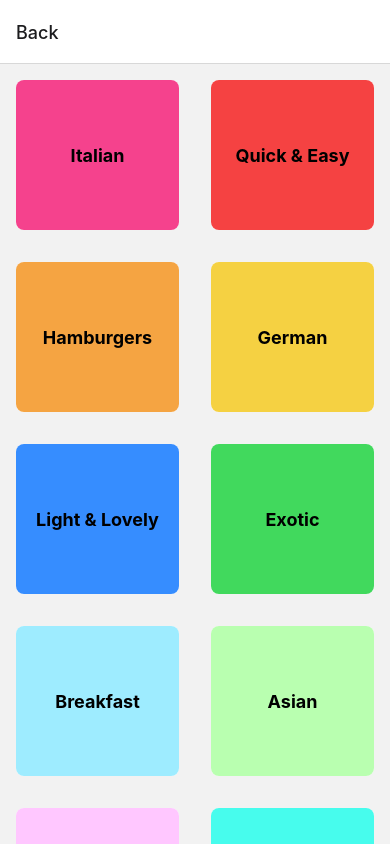
Repository: SyLe-Van/Food-Category-App
Screen: /
The author's editor kept a copy of each file at every save. The screen is drawn from the files as they stood at one save, then again after the next save.
An inner scrolling area shows only its first screen. The app was drawn by React Native's web renderer in a window 390 px wide. The project was rebuilt for these pictures with package versions that can differ from the ones it lists, and the page was loaded fresh each time. Also part of the build but not shown: screens/MealsOverViewScreen.js.

Above is the screen before, as saved 2024-02-18 23:00:04.

After the next save:
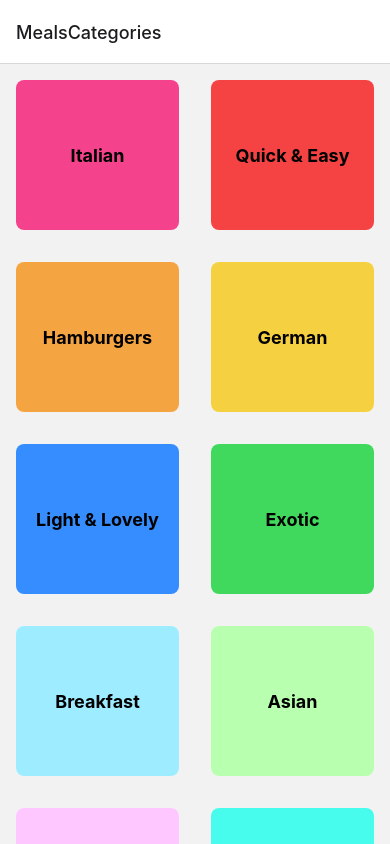
Saved 12 s later.
--- a/App.js
+++ b/App.js
@@ -14,7 +14,7 @@ export default function App() {
       <StatusBar style="dark" />
       <NavigationContainer>
         <Stack.Navigator>
-          <Stack.Screen name="Back" component={CategoriesScreen} />
+          <Stack.Screen name="MealsCategories" component={CategoriesScreen} />
           <Stack.Screen name="MealsOverview" component={MealsOverviewScreen} />
         </Stack.Navigator>
       </NavigationContainer>
